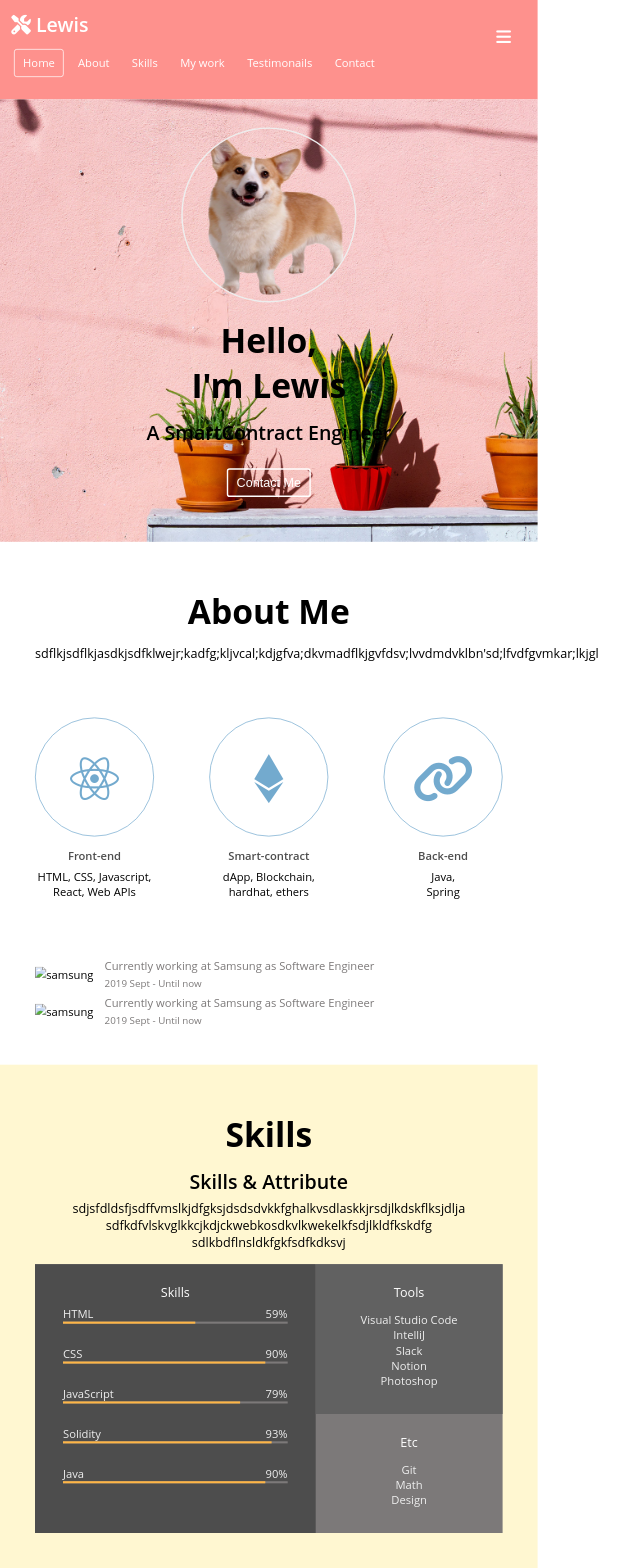
Repository: woojinShim/woojinShim.github.io
Page: index.html
These files come from the project's save history. The page is drawn as it stood at one moment and after the next save; the edit follows.
The browser window is 768 px wide. The page is 887 px wide, so the pictures cover 887 px, including what lies to the right of the window. The pictures show the part of the page from y = 0 to 2240 px (the page is 4404 px tall before and 4594 px after), at 70% of full size.
Some web libraries are served in a nearby version.

Above is the page before, as saved 2022-03-08 22:43:43.

After the next save:
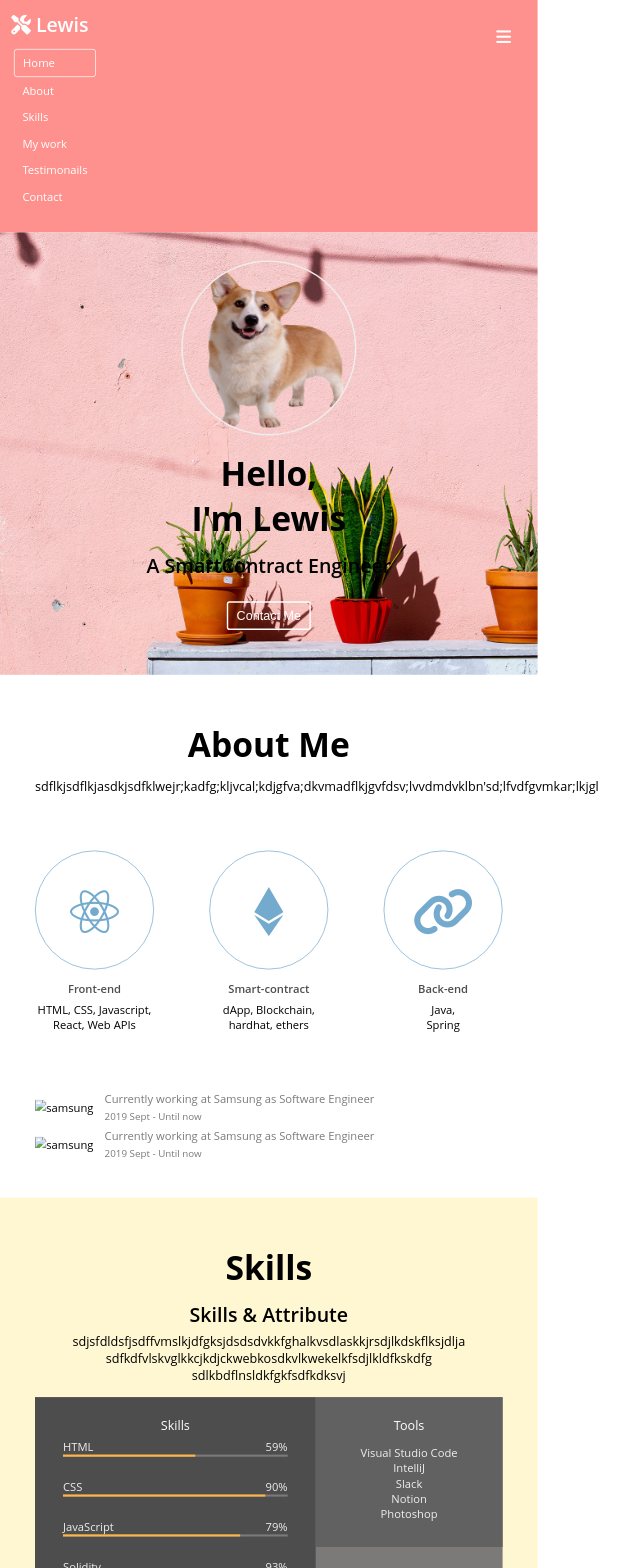
Saved 38 s later.
--- a/style.css
+++ b/style.css
@@ -452,5 +452,9 @@
     flex-direction: column;
     align-items: flex-start;
   }
+
+  .navbar__menu {
+    flex-direction: column;
   }
-}
+  }
+}
